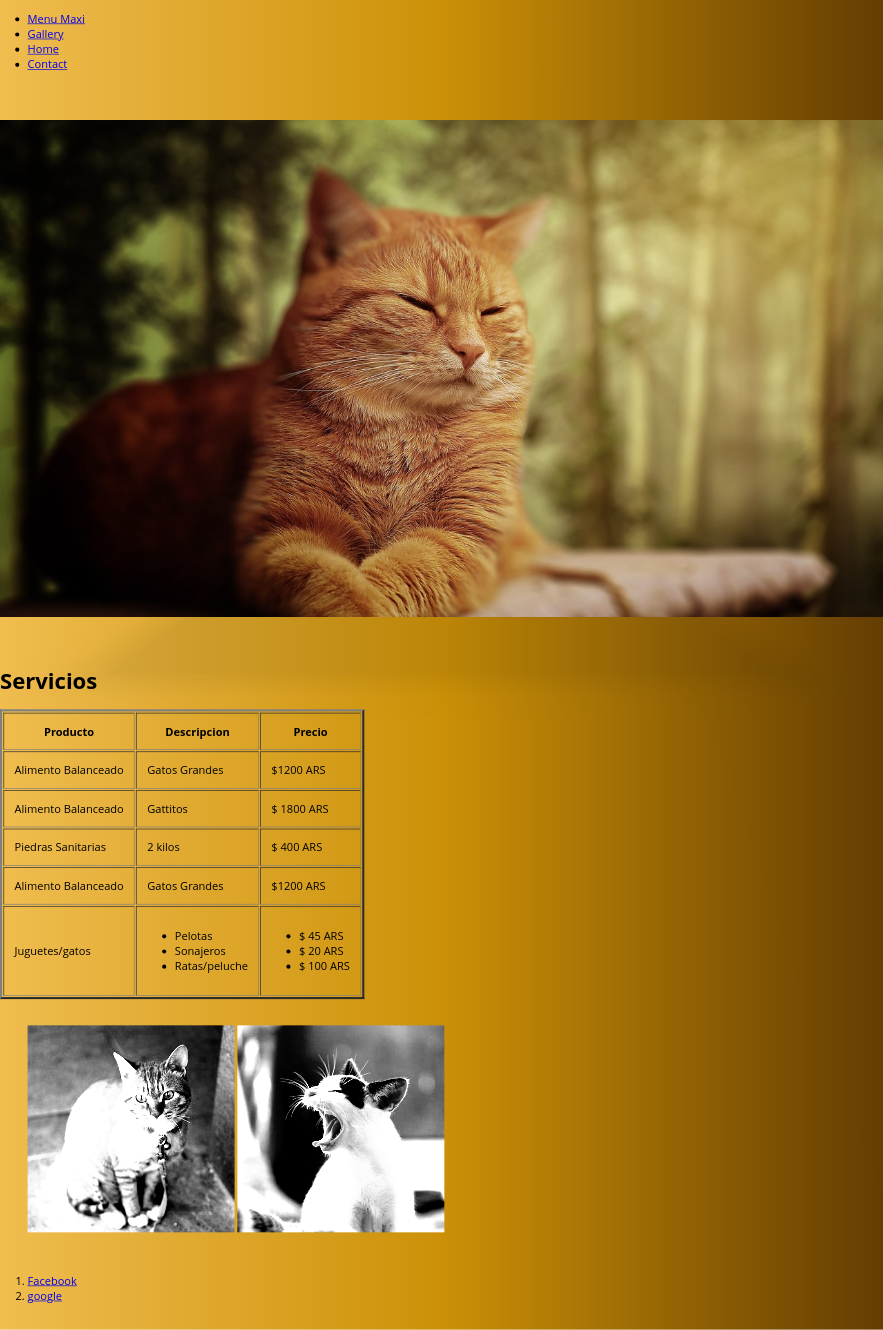
Repository: raul4264/final
Page: Services.html
These files come from the project's save history. The page is drawn as it stood at one moment and after the next save; the edit follows.
The browser window is 1280 px wide. The pictures show the whole page, at 69% of full size.

Above is the page before, as saved 2021-03-26 09:08:35.

After the next save:
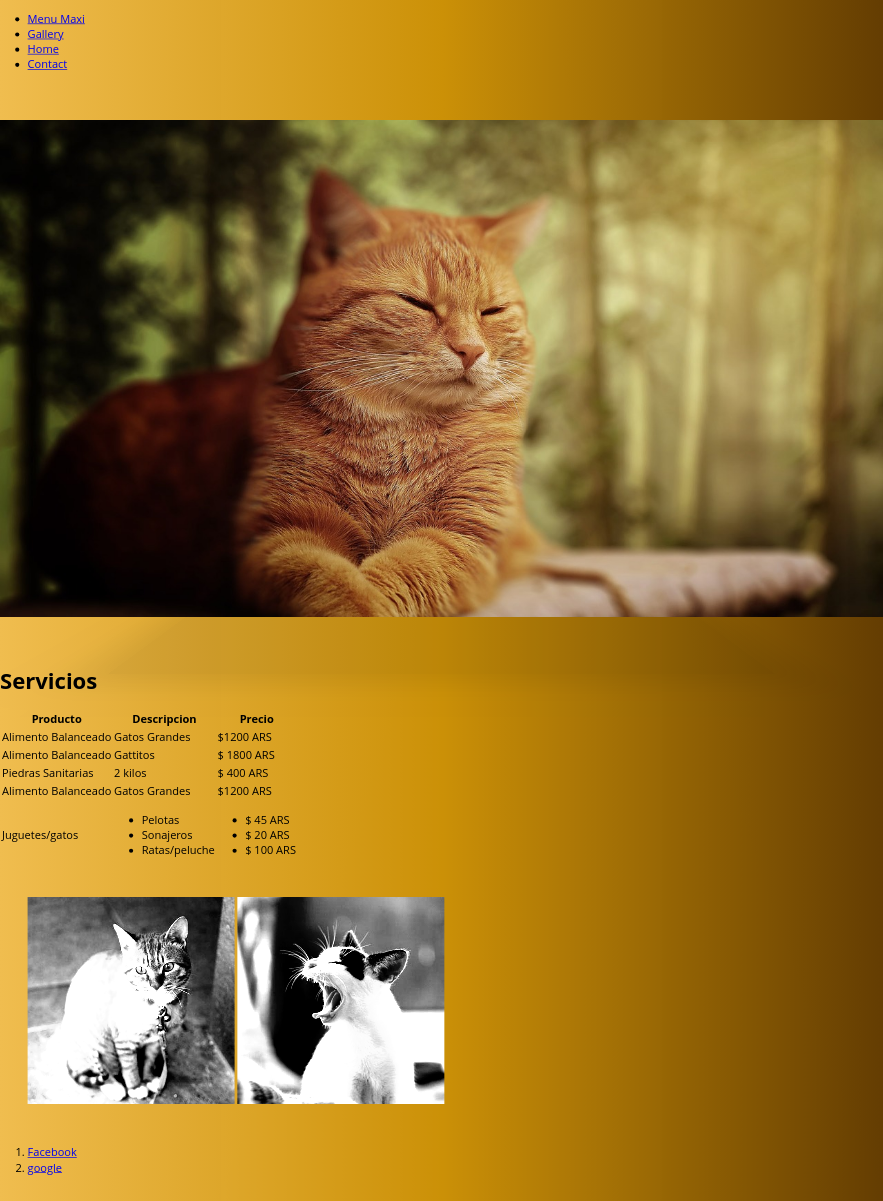
Saved 10 min 0 s later.
--- a/Services.html
+++ b/Services.html
@@ -37,7 +37,7 @@
         <h1>Servicios</h1>
         <section>
 
-            <table border="3px" cellpadding="15px">
+            <table>
                 <tr>
                     <th>Producto</th>
                     <th>Descripcion</th>

After the save that followed:
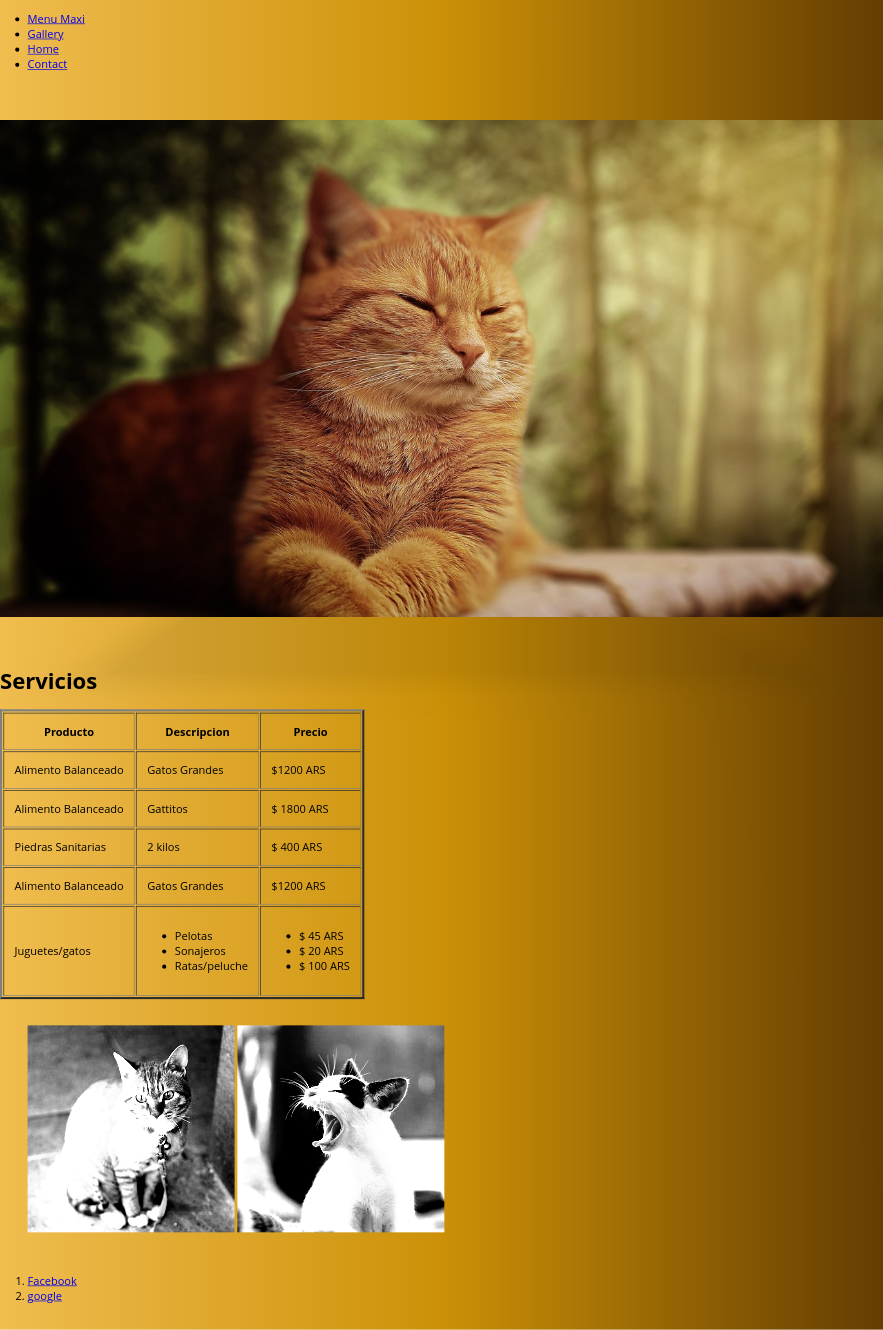
Saved 21 s later.
--- a/Services.html
+++ b/Services.html
@@ -37,7 +37,7 @@
         <h1>Servicios</h1>
         <section>
 
-            <table>
+            <table border="3px" cellpadding="15px">
                 <tr>
                     <th>Producto</th>
                     <th>Descripcion</th>
